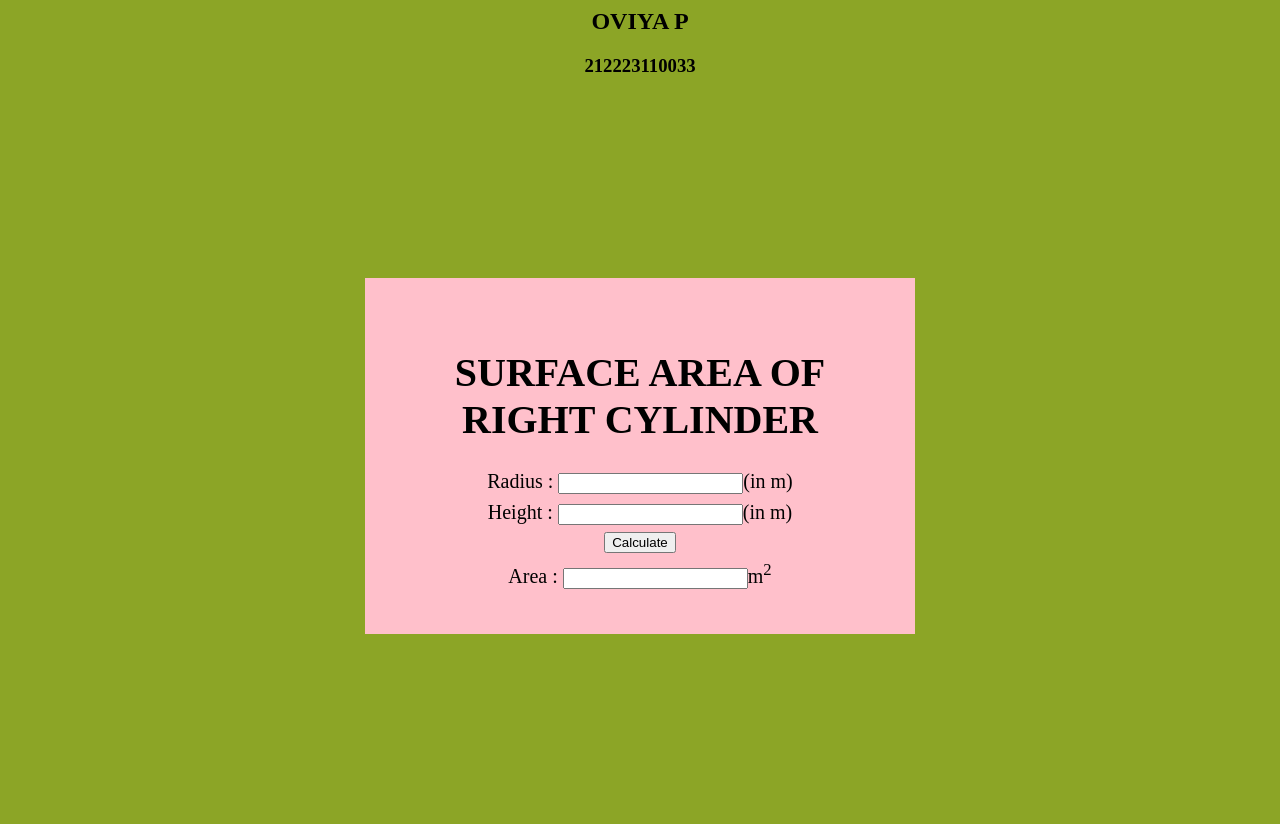
Repository: Oviya24032K6/MathServer
Page: oviya/mathapp/templates/mathapp/maths.html
An editor plug-in stored every save of this project. The page is shown before and after the next save, followed by the edit.
The browser window is 1280 px wide. The pictures show the whole page.
The template is drawn by Django 5.2. The application's start-up code is not run. Other server files are loaded and not shown. The template is opened directly, without the code that normally fills it, so the values that code supplies are empty.

Above is the page before, as saved 2024-04-02 10:11:34.

### oviya/mathapp/templates/mathapp/maths.html
<html>
<head>
<meta charset='utf-8'>
<meta http-equiv='X-UA-Compatible' content='IE=edge'>
<title>SURFACE AREA OF RIGHT CYLINDER</title>
<h2 align="center">OVIYA P</h2>
<h3 align="center">212223110033</h3>
<meta name='viewport' content='width=device-width, initial-scale=1'>
<style type="text/css">
body {
    background-color: rgb(140, 165, 38);
}
.edge {
    width: 100%; /* Set width to 100% */
    display: flex;
    justify-content: center; /* Center the content horizontally */
    align-items: center; /* Center the content vertically */
    height: 100vh; /* Set height to 100% of the viewport height */
}
.box {
    border: Thick dashed pink;
    width: 500px;
    min-height: 300px;
    font-size: 20px;
    background-color: pink;
    padding: 20px; /* Add padding for better appearance */
}
.formelt {
    color: black;
    text-align: center;
    margin-top: 7px;
    margin-bottom: 6px;
}
h1 {
    color: black;
    text-align: center;
    padding-top: 20px;
}
</style>
</head>
<body>
<div class="edge">
    <div class="box">
        <h1>SURFACE AREA OF RIGHT CYLINDER </h1>
        <form method="POST">
            {% csrf_token %}
            <div class="formelt">
                Radius : <input type="text" name="Radius" value="{{ r }}"></input>(in m)<br/>
            </div>
            <div class="formelt">
                Height : <input type="text" name="height" value="{{ h }}"></input>(in m)<br/>
            </div>
            <div class="formelt">
                <input type="submit" value="Calculate"></input><br/>
            </div>
            <div class="formelt">
                Area : <input type="text" name="area" value="{{ area }}"></input>m<sup>2</sup><br/>
            </div>
        </form>
    </div>
</div>
</body>
</html>

After the next save:
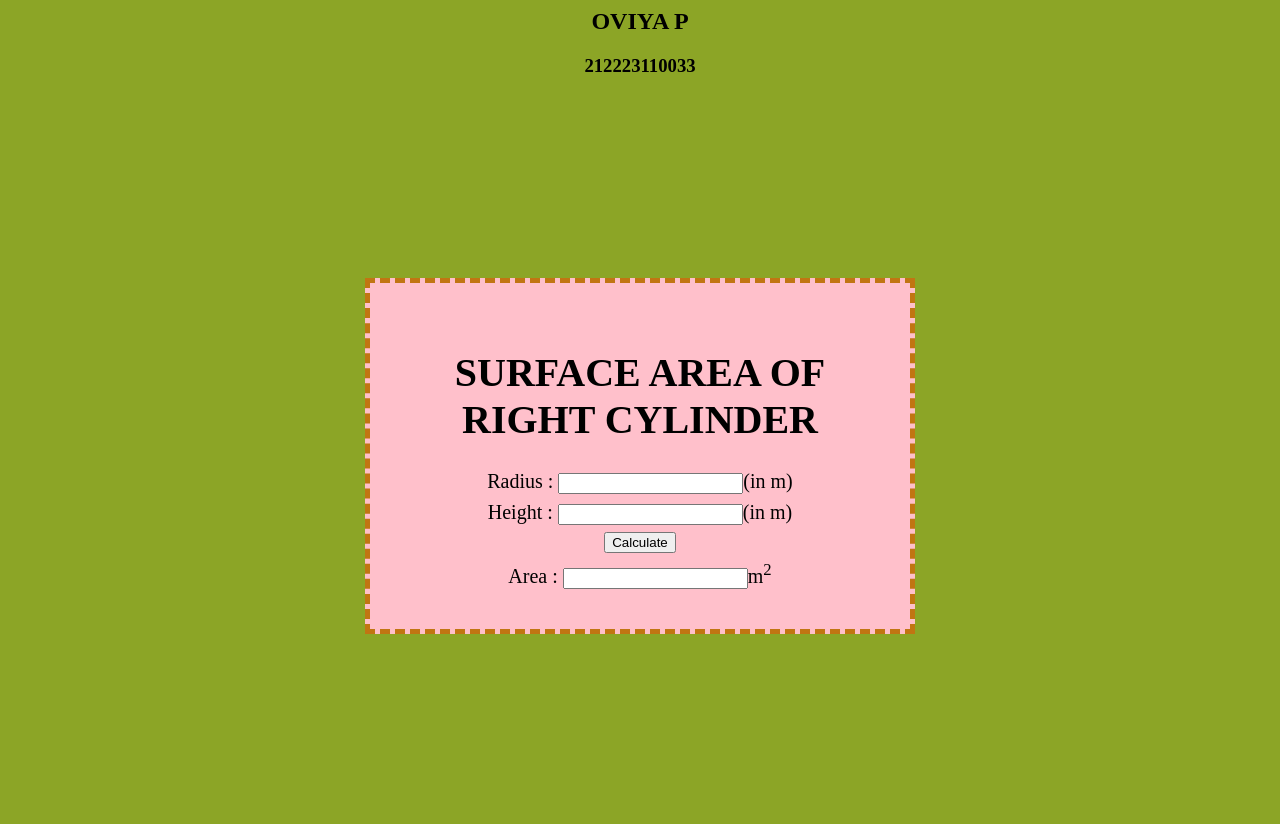
Saved 28 s later.
--- a/oviya/mathapp/templates/mathapp/maths.html
+++ b/oviya/mathapp/templates/mathapp/maths.html
@@ -18,7 +18,7 @@ body {
     height: 100vh; /* Set height to 100% of the viewport height */
 }
 .box {
-    border: Thick dashed pink;
+    border: Thick dashed rgb(193, 117, 18);
     width: 500px;
     min-height: 300px;
     font-size: 20px;
